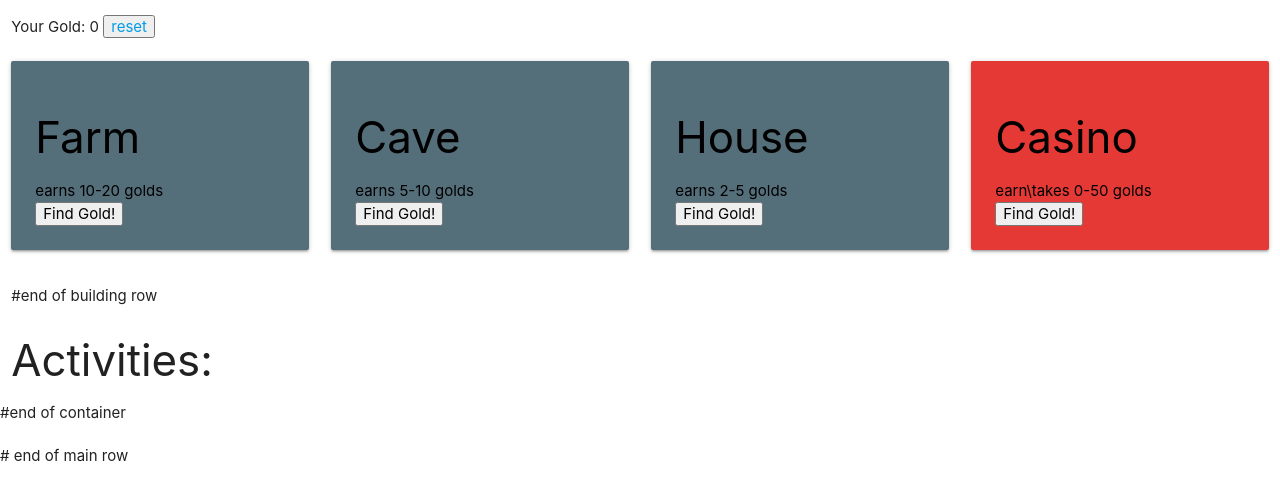
Repository: bvnger/Ninja_gold_flask
Page: http://localhost/
An editor plug-in stored every save of this project. The page is shown before and after the next save, followed by the edit.
The browser window is 1280 px wide. The pictures show the whole page.
The page is served by the project's application, run on Flask 3 (server.py).

Above is the page before, as saved 2019-11-04 14:27:58.

### templates/index.html
<!DOCTYPE html>
<html lang="en" dir="ltr">
  <head>
    <meta charset="utf-8">
    <title></title>
     <!--Import Google Icon Font-->
     <link href="https://fonts.googleapis.com/icon?family=Material+Icons" rel="stylesheet">
     <!--Import materialize.css-->
     <link type="text/css" rel="stylesheet" href="https://cdnjs.cloudflare.com/ajax/libs/materialize/1.0.0/css/materialize.css"  media="screen,projection"/>
     <!-- https://cdnjs.cloudflare.com/ajax/libs/materialize/1.0.0/css/materialize.css -->
  </head>
<body>
<div class="row">
<div class ="col s12">

        <div  action ="/process">
            <div class ="top">
            <p>Your Gold: {{session['gold']}}
            <button>
            <a href="/reset" > reset</a> </button>
            </div>
            <!-- ########################             -->
<div class ="mid"> <!--#start of buildings-->
<div class="row">

<form class="col s3" action="/process" method="POST">
    <div class="card blue-grey darken-1">
    <div class ="card-content black-text">
    <h3>Farm</h3>
    <p>earns 10-20 golds</p>
    <input type="hidden" name="building"  value="farm"></input>
    <button type="submit">Find Gold!</button>
</form>
</div>
</div> <!--end of farm-->
<form class="col s3" action="/process" method="POST">
    <div class="card blue-grey darken-1">
    <div class ="card-content black-text">
    <h3>Cave</h3>
    <p>earns 5-10 golds</p>
    <input type="hidden" name="building"  value="cave"></input>
    <button type="submit">Find Gold!</button>
</form>
</div>
</div><!--end of cave-->
<form class="col s3" action="/process" method="POST">
    <div class="card blue-grey darken-1">
    <div class ="card-content black-text">
    <h3>House</h3>
    <p>earns 2-5 golds</p>
    <input type="hidden" name="building"  value="house"></input>
    <button type="submit">Find Gold!</button>
</form>
</div>
</div> <!--end of house-->
<form class="col s3" action="/process" method="POST">
    <div class="card red darken-1">
    <div class ="card-content black-text">
    <h3>Casino</h3>
    <p>earn\takes 0-50 golds</p>
    <input type="hidden" name="building"  value="casino"></input>
    <button type="submit">Find Gold!</button>
</form>
</div>
</div> <!--end of casino-->
</div> #end of building row
        </div>
        <div class ="bot">
            <table>
            <h3>Activities:</h3>
            <ul class="bottom" name ="activities" value="log" class="activities">
                {% for activity in session.activities %}
                <li name="activities"  class="log" >{{activity}}
                </li>
                {% endfor %}
            </ul>

            </table>
        </div>
    </div>
</div> #end of container
</div> # end of main row

 <!--JavaScript at end of body for optimized loading-->
<script type="text/javascript" src="https://cdnjs.cloudflare.com/ajax/libs/materialize/1.0.0/js/materialize.js"></script>
</body>
</html>

### server.py
from flask import Flask, render_template, request, redirect, session
from datetime import datetime
import random
app = Flask(__name__)
app.secret_key="qwertyuiop"

@app.route('/')
def hello_world():
    gold ="gold"
    if "gold" not in session:
        session["gold"]= 0
    if "counter" not in session:
        session["counter"]=0
    if "activities" not in session:
        session["activities"]=[]
    return render_template("index.html")

@app.route("/process", methods=["POST"])

def processgold():
    date_time = datetime.now()
    print(session)
    print(request.form)
    if request.form["building"] == "farm":
            place = "farm"
            gold = random.randint(10,20)
            session["gold"]+= gold
            session['counter'] += 1
            message = f"You have visited {place} and gained {gold} gold! {date_time}"
            session['activities'].insert(0,message)
            return redirect('/')
    if request.form["building"] == "cave":
        place =  "cave"
        gold = random.randint(5,10)
        session['gold']+= gold
        session['counter'] += 1
        message = f"You have visited {place} and gained {gold} gold! {date_time}"
        session['activities'].insert(0,message)
        return redirect('/')
    if request.form["building"] == "house":
        place = "house"
        gold =random.randint(2,5)
        session['gold']+= gold
        session['counter'] += 1
        message = f"You have visited {place} and gained {gold} gold! {date_time}"
        session['activities'].insert(0,message)
        return redirect('/')
    if request.form["building"] == "casino":
        place = "casino"
        gold = random.randint(0,100) -50
        session['gold']+= gold
        session['counter'] += 1
        message = f"You have visited {place} and gained {gold} gold! {date_time}"
        session['activities'].insert(0,message)
        return redirect('/')
    return redirect('/')

@app.route('/reset')
def reset():
    session.clear()
    return redirect('/')

def edit(request):
    if request.method =="POST":
        request.session.clear()
    return render('/edit.html')


if __name__=="__main__":
    app.run(debug=True)

After the next save:
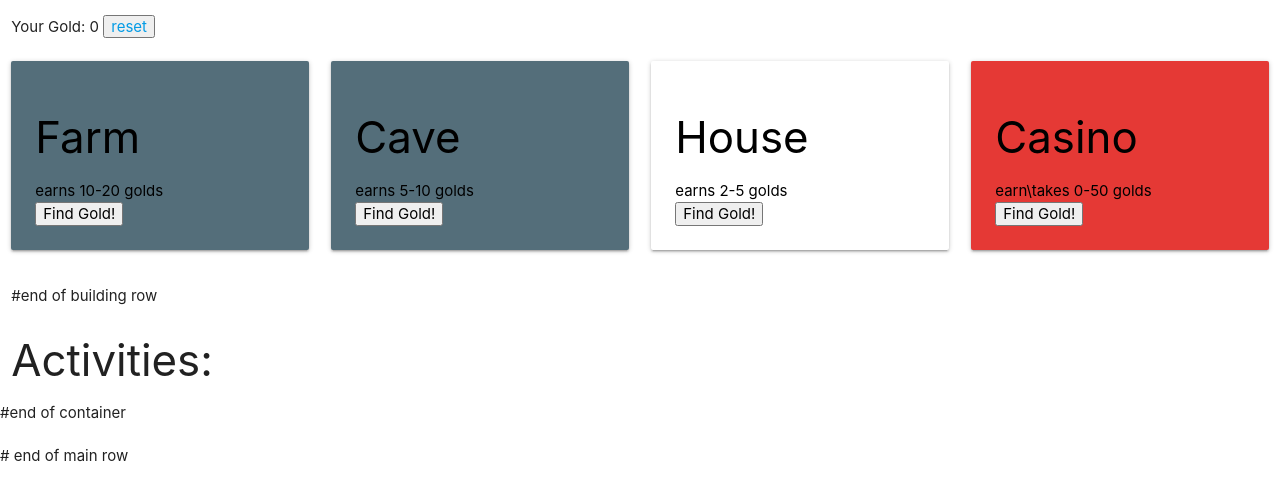
Saved 42 s later.
--- a/templates/index.html
+++ b/templates/index.html
@@ -44,7 +44,7 @@
 </div>
 </div><!--end of cave-->
 <form class="col s3" action="/process" method="POST">
-    <div class="card blue-grey darken-1">
+    <div class="card royal-blue  darken-1">
     <div class ="card-content black-text">
     <h3>House</h3>
     <p>earns 2-5 golds</p>
